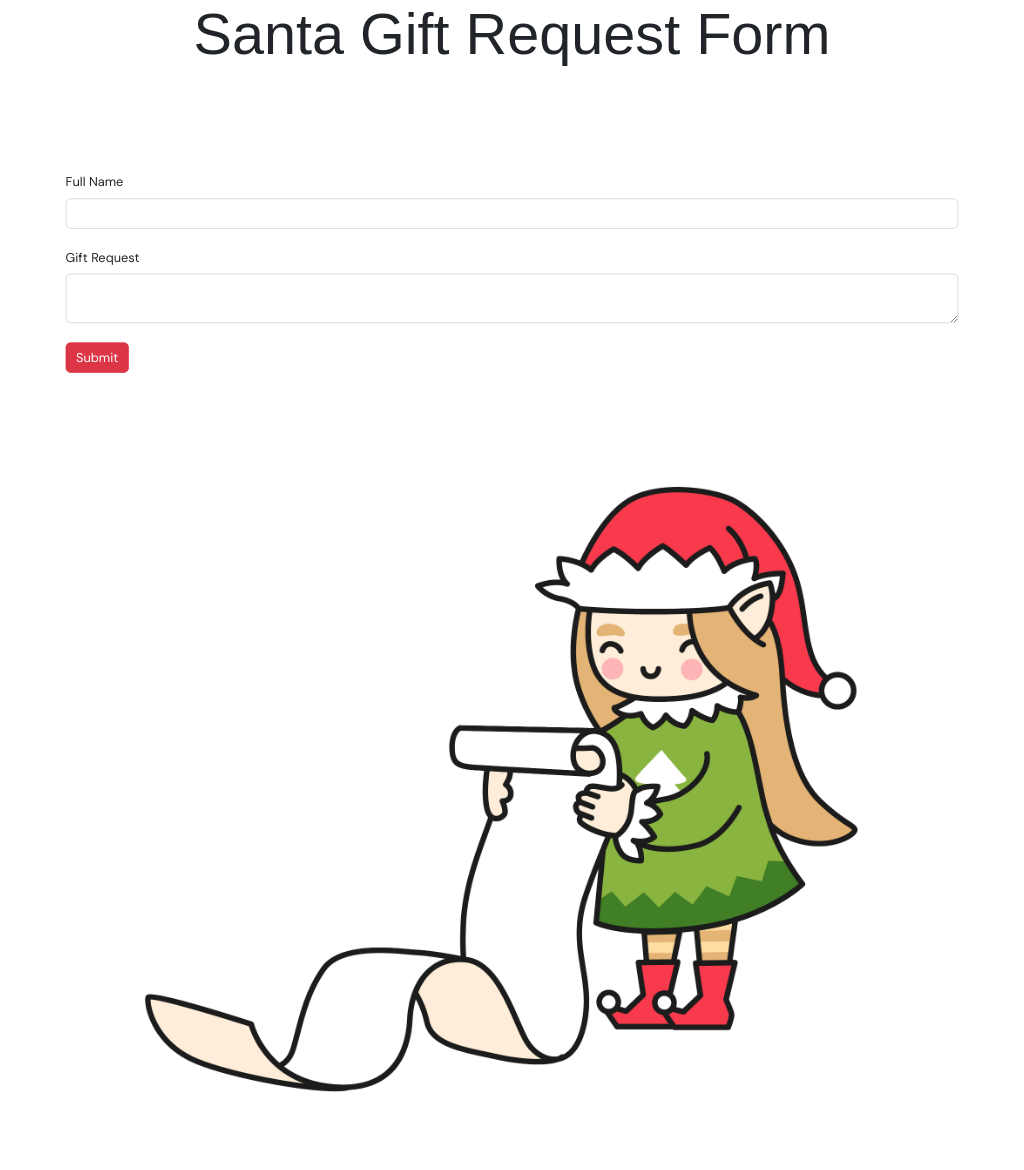
Repository: sarahlochhead/check-santas-list
Page: check-santas-list.html
The author's editor kept a copy of each file at every save. The page is drawn from the files as they stood at one save, then again after the next save.
The browser window is 1280 px wide. The pictures show the whole page, at 80% of full size.
Some web fonts or font styles are not loaded; a fallback is used.

Above is the page before, as saved 2023-12-04 19:45:47.

### check-santas-list.html
<!DOCTYPE html>
<html lang="en">

<head>
    <meta charset="utf-8">
    <meta name="viewport" content="width=device-width, initial-scale=1, shrink-to-fit=no">
    <title>Santa Gift Request Form</title>
    <!-- Bootstrap CSS -->
    <link href="https://cdn.jsdelivr.net/npm/bootstrap@5.2.3/dist/css/bootstrap.min.css" rel="stylesheet"
        integrity="sha384-rbsA2VBKQhggwzxH7pPCaAqO46MgnOM80zW1RWuH61DGLwZJEdK2Kadq2F9CUG65" crossorigin="anonymous">
    <!-- Custom CSS -->
    <link href="css/styles.css" rel="stylesheet" />

</head>

<body class="santa">
    <main>
        <header>
            <h1 class="mb-0 text-center">Santa Gift Request Form</h1>
        </header>
        <div class="container">
            <section class="row">
                <form class="col">
                    <div class="mb-4">
                        <label for="fullName" class="form-label">Full Name</label>
                        <input type="text" class="form-control" id="fullName">
                    </div>
                    <div class="mb-4">
                        <label for="giftRequest" class="form-label">Gift Request</label>
                        <textarea class="form-control" id="giftRequest"></textarea>
                    </div>
                    <button type="submit" class="btn btn-danger">Submit</button>
                </form>

                <img class="col" src="./images/christmas-elf-with-wish-list.png"
                    alt="A cartoon Christmas elf smiles while reading a long scroll-like list.">
            </section>

            <div class="progress mt-4 mb-4" style="height: 50px;" hidden>
                <div class="progress-bar bg-info progress-bar-striped progress-bar-animated" role="progressbar"
                    aria-label="Santa Gift Request Progress Bar" style="width:25%;" aria-valuenow="25" aria-valuemin="0"
                    aria-valuemax="100" hidden>Routed to North Pole</div>
                <div class="progress-bar bg-success progress-bar-striped progress-bar-animated" role="progressbar"
                    aria-label="Long Read Progress Bar" style="width:15%;" aria-valuenow="15" aria-valuemin="0"
                    aria-valuemax="100" hidden>Elf Verification</div>
                <div class="progress-bar bg-danger progress-bar-striped progress-bar-animated" role="progressbar"
                    aria-label="Long Read Progress Bar" style="width:35%;" aria-valuenow="35" aria-valuemin="0"
                    aria-valuemax="100" hidden>Santa Validation</div>
                <div class="progress-bar bg-warning progress-bar-striped progress-bar-animated" role="progressbar"
                    aria-label="Long Read Progress Bar" style="width:25%;" aria-valuenow="25" aria-valuemin="0"
                    aria-valuemax="100" hidden>Displaying Results</div>
            </div> <!-- .progress -->

            <!-- Nice -->
            <section id="nice" class="text-center" hidden>
                <h2>Congratulations! You're on the Nice List</h2>
                <p>
                    Your really outdid yourself this year!
                </p>
                <img src="./images/gift.jpg" alt="An open cartoon gift box with
    confetti and stars coming out of it." class="d-inine-block">
                <p>
                    You can expect your gift to arrive on the evening of December 24th between 7:00pm and 11:59pm. To ensure
                    a frictionless delivery, please make sure to be asleep during this delivery window and remit the milk
                    and cookie compensation on a surface close to your Christmas tree.
                </p>
                <p>
                    Thanks for believing in us for all your Christmas magic!
                </p>
            </section>
            <!-- Naughty -->
            <section id="naughty" class="text-center" hidden>
                <h2>Sorry. You're on the Naughty List</h2>
                <p>
                    Well, unfortunately we are unable to process your request at this time. Please ... do better and try
                    again next year.
                </p>
                <img src="./images/coal.jpg" alt="A cartoon gift box containing several lumps of coal"
                    class="d-inline-block">
                <p>
                    You can, however, expect to find a lump of coal as symbolic gesture to further disparage you for your
                    infractions against niceness. To start the year off in the right direction, we ask that you continue to
                    remit milk and cookie compensation on the evening on December 24th.
                </p>
            </section>
        </div> <!-- .container -->
    </main>
    <!-- Bootstrap JS -->
    <script src="https://cdn.jsdelivr.net/npm/bootstrap@5.2.3/dist/js/bootstrap.bundle.min.js"></script>
    <!-- Custom JS -->
    <script src="js/custom.js"></script>
</body>
</html>

### css/styles.css
@charset "utf-8";
@import url('https://fonts.googleapis.com/css2?family=DM+Sans:opsz@9..40&family=Rochester&display=swap');

/* general styles */
html {
    margin: 0;
}

body {
font-family: 'DM Sans', sans-serif;
}

h1, h2, h3 {
    font-family: 'Rochester', cursive, sans-serif;
}

/* background */


/* header */

h1 {
    font-size: 4.5rem;
    height: 30vh;
}

### js/custom.js
// Custom JavaScript
const form = document.querySelector("form");

const progressBarOuter = document.querySelector(".progress");

const progressBarOne = document.querySelector(".progress-bar:nth-of-type(1)");
const progressBarTwo = document.querySelector(".progress-bar:nth-of-type(2)");
const progressBarThree = document.querySelector(".progress-bar:nth-of-type(3)");
const progressBarFour = document.querySelector(".progress-bar:nth-of-type(4)");

const nice = document.querySelector("#nice");
const naughty = document.querySelector("#naughty");
const possibleResults = [nice, naughty];




// the function incrementally toggles the class from hidden to visible first on the whole .progress and then on each part of the .progress-bar

// then it will choose either #nice or #naughty at random and toggle hidden to visible
// when the form is submitted trigger the event function
addEventListener('submit', (event) => {
    // prevent form default behaviour (which refreshes the page)
    event.preventDefault();
    // incrementally remove the hidden attribute on each part of the progress bar.
    progressBarOuter.removeAttribute("hidden");
    setTimeout(() => {progressBarOne.removeAttribute("hidden")}, 1500);
    setTimeout(() => {progressBarTwo.removeAttribute("hidden")}, 4500);setTimeout(() => {progressBarThree.removeAttribute("hidden")}, 7500);
    setTimeout(() => {progressBarFour.removeAttribute("hidden")}, 9500);

    // choose a response at random from the results array and display it.
    const result = Math.floor(Math.random()* possibleResults.length);
    console.log(result);
    setTimeout(() => {possibleResults[result].removeAttribute("hidden");}, 9999);

});

After the next save:
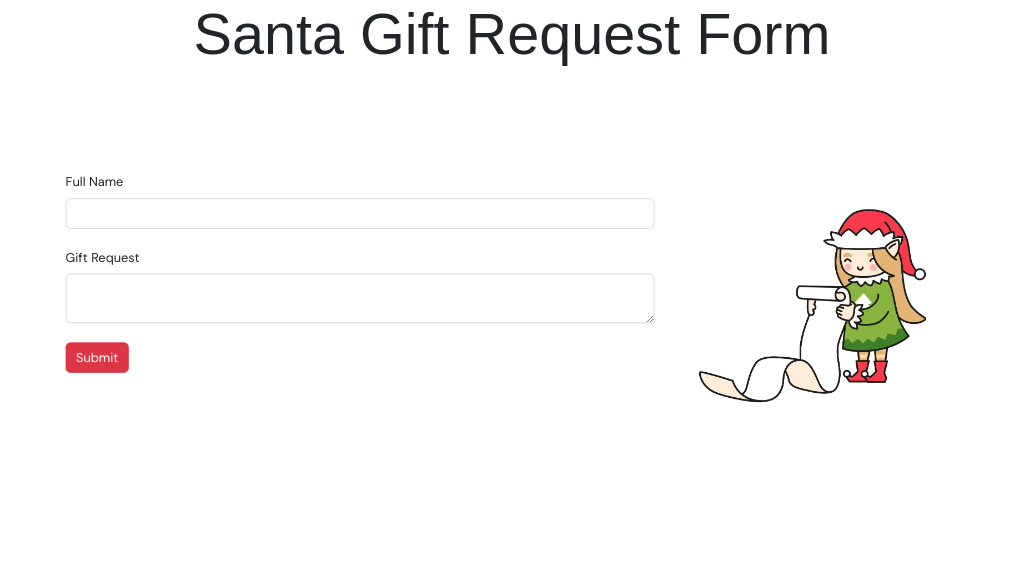
Saved 48 s later.
--- a/check-santas-list.html
+++ b/check-santas-list.html
@@ -32,7 +32,7 @@
                     <button type="submit" class="btn btn-danger">Submit</button>
                 </form>
 
-                <img class="col" src="./images/christmas-elf-with-wish-list.png"
+                <img class="col-4" src="./images/christmas-elf-with-wish-list.png"
                     alt="A cartoon Christmas elf smiles while reading a long scroll-like list.">
             </section>
 

After the save that followed:
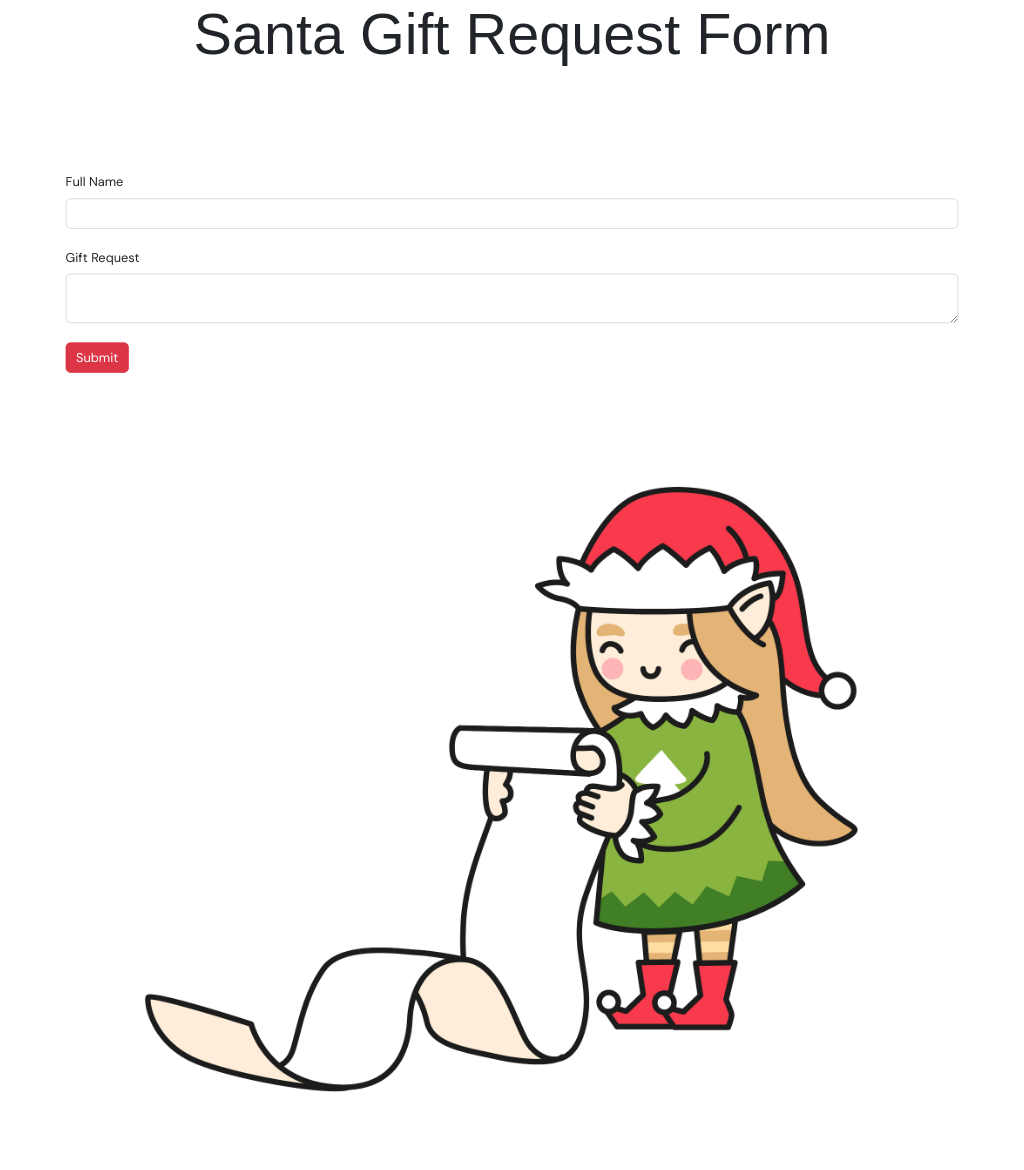
Saved 18 s later.
--- a/check-santas-list.html
+++ b/check-santas-list.html
@@ -32,7 +32,7 @@
                     <button type="submit" class="btn btn-danger">Submit</button>
                 </form>
 
-                <img class="col-4" src="./images/christmas-elf-with-wish-list.png"
+                <img class="col" src="./images/christmas-elf-with-wish-list.png"
                     alt="A cartoon Christmas elf smiles while reading a long scroll-like list.">
             </section>
 
